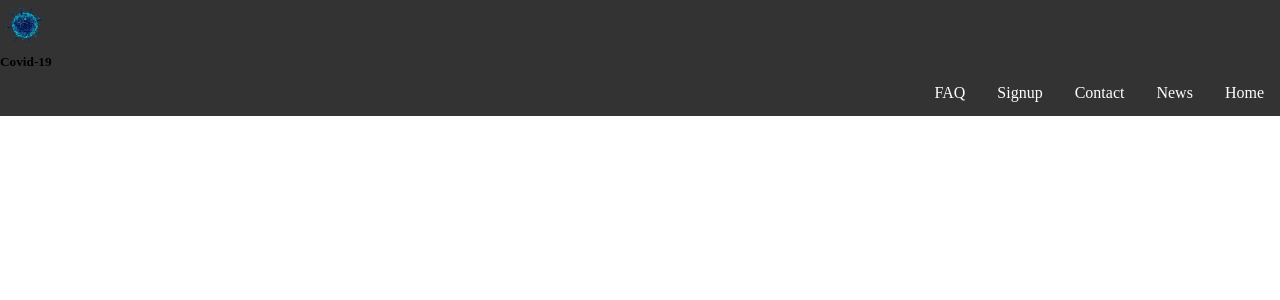
Repository: xthashankar/COVID-19-data-
Page: nqa.html
The author's editor kept a copy of each file at every save. The page is drawn from the files as they stood at one save, then again after the next save.
The browser window is 1280 px wide. The pictures show the whole page.
The page's requests for data from a server got no answer.

Above is the page before, as saved 2020-04-15 18:43:34.

### nqa.html
<!DOCTYPE html>
<html lang="en">
<head>
    <meta charset="UTF-8">
    <meta name="viewport" content="width=device-width, initial-scale=1.0">
    <link  rel="stylesheet" href="css/styles.css">
    <title>Document</title>
</head>
<body>
    <ul>
        <ul>
            <img src="image/coronavirus.png">
            <h5>Covid-19</h5>
            <li><a class="nav" href="#">Home</a></li>
            <li><a href="#">News</a></li>
            <li><a href="#">Contact</a></li>
            <li><a href="#">Signup</a></li>
            <div class="dropdown">
                <button class="dropbtn">FAQ
                </button>
                <div class="dropdown-content">
                  <a href="qa.html">English</a>
                  <a href="nqa.html">Nepali</a>
                </div>

        </ul>
    </ul>
</body>
<script src="javascript/nqa.js"></script>
</html>

### css/styles.css
/*
body {
	font-family: 'Roboto', sans-serif;
	background-color: #eae7d9;
	margin: 0;
	padding: 0;
} */
*{
  padding: 0;
  margin: 0;
}
ul{
    list-style-type:none;
    overflow: hidden;
    background-color:#333;
}
li{
   float:right;
}
li a{

    display: block;
    color:white;
    text-align: center;
    padding: 14px 16px;
    text-decoration: none;
}
li a:hover{
    background-color: #111;
}
h1{
    text-align: center;
}
#search{

    border-radius: 10px;
    margin:5 auto;
    border-radius: 10px;
    margin-left: 580px;
    border: none;
    border-radius: 15px;
    background-color:whitesmoke;
}
img{
    width:50px;
    height:50px;
}

.navbar {
    overflow: hidden;
    background-color: #333;
  }

  .navbar a {
    float: left;
    font-size: 16px;
    color: white;
    text-align: center;
    padding: 14px 16px;
    text-decoration: none;
  }

  .dropdown {
    float: right;
    overflow: hidden;
  }

  .dropdown .dropbtn {
    font-size: 16px;
    border: none;
    outline: none;
    color: white;
    padding: 14px 16px;
    background-color: inherit;
    font-family: inherit;
    margin: 0;
  }

  .navbar a:hover, .dropdown:hover .dropbtn {
    background-color: red;
  }

  .dropdown-content {
    display: none;
    position: absolute;
    background-color: #f9f9f9;
    min-width: 160px;
    box-shadow: 0px 8px 16px 0px rgba(0,0,0,0.2);
    z-index: 1;
  }

  .dropdown-content a {
    float: none;
    color: black;
    padding: 12px 16px;
    text-decoration: none;
    display: block;
    text-align: left;
  }

  .dropdown-content a:hover {
    background-color: #ddd;
  }

  .dropdown:hover .dropdown-content {
    display: block;
  }
  .h5{
    display: block;
    text-align: center;
  }

### javascript/nqa.js
let qa='';
fetch('https://nepalcorona.info/api/v1/faqs')
.then(response=>response.json())
.then(faq=>{
    console.log(faq);
    qa=faq.data;
    qa.forEach(function(userdata){
        // console.log(userdata);
            let question=document.createElement('h1');
            question.innerHTML=userdata.question_np;
            question.style.paddingRight="8px";
            question.style.fontSize="24px";
            question.style.textAlign='justify';


            let answer=document.createElement('p');
            answer.innerHTML=userdata.answer_np;
            answer.style.fontSize="18px";

            let category=document.createElement('p');
            category.innerHTML= 'Category:'+userdata.category;
            category.style.fontSize="15px";

            let display =document.createElement('div');
            display.style.background="whitesmoke";
            display.style.width="50%";
            display.style.borderRadius="15px";
            display.style.alignItems='justify';
            display.style.margin='5px auto';
            display.style.padding='10px';
            display.appendChild(question);
            display.appendChild(answer);
            display.appendChild(category);
            document.body.appendChild(display)

    //     let question=document.createElement('h1');
    //     question.innerHTML=userdata.question_np;
    //     question.style.paddingRight="1px";
    //     question.style.textAlign='right';

    //     let answer=document.createElement('h3');
    //     answer.innerHTML=userdata.answer_np;

    //     let category=document.createElement('h5');
    //     category.innerHTML=userdata.category;

    //     let display =document.createElement('div');
    //     display.style.background="whitesmoke";
    //     display.style.width="100%";
    //     display.style.borderRadius="15px";
    //     display.appendChild(question);
    //     display.appendChild(answer);
    //     display.appendChild(category);
    //     document.body.appendChild(display);
    })

})

After the next save:
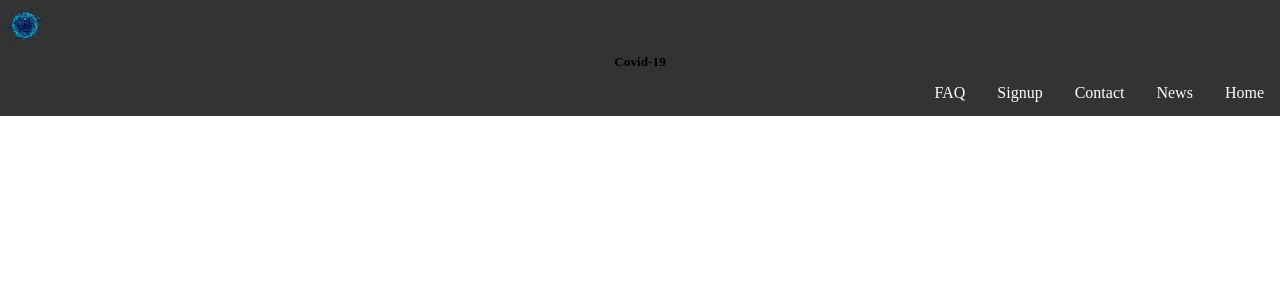
Saved 13 s later.
--- a/css/styles.css
+++ b/css/styles.css
@@ -105,7 +105,7 @@ img{
   .dropdown:hover .dropdown-content {
     display: block;
   }
-  .h5{
+  h5{
     display: block;
     text-align: center;
   }
